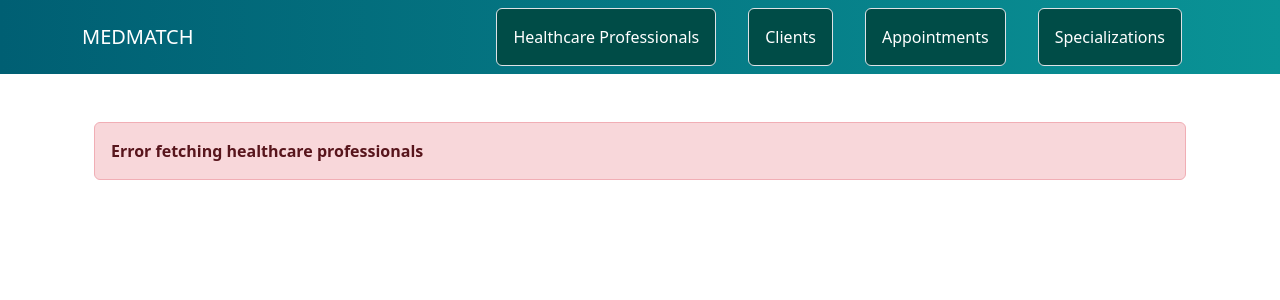
Repository: fahma20/medmatch-platform
Page: /healthcare-professionals (app in client/)
An editor plug-in stored every save of this project. The page is shown before and after the next save, followed by the edit.
The browser window is 1280 px wide. The pictures show the whole page.
The page's requests for data from a server got no answer. The project was rebuilt for these pictures with package versions that can differ from the ones it lists, and the page was loaded fresh each time. No one was signed in, and anything a server would have sent is missing. Also part of the build but not shown: client/src/components/Specializations.js, client/src/components/Appointments.js, client/src/components/Clients.js, client/src/components/Homepage.js.

Above is the page before, as saved 2025-02-02 16:10:19.

### client/public/index.html
<!DOCTYPE html>
<html lang="en">
  <head>
    <meta charset="utf-8" />
    <link rel="icon" href="%PUBLIC_URL%/favicon.ico" />
    <link rel="preconnect" href="https://fonts.gstatic.com" />
    <link
      href="https://fonts.googleapis.com/css2?family=Permanent+Marker&display=swap"
      rel="stylesheet"
    />
    <meta name="viewport" content="width=device-width, initial-scale=1" />
    <meta name="theme-color" content="#000000" />
    <meta
      name="description"
      content="Web site created using create-react-app"
    />
    <link rel="apple-touch-icon" href="%PUBLIC_URL%/logo192.png" />
    <!--
      manifest.json provides metadata used when your web app is installed on a
      user's mobile device or desktop. See https://developers.google.com/web/fundamentals/web-app-manifest/
    -->
    <link rel="manifest" href="%PUBLIC_URL%/manifest.json" />
    <!--
      Notice the use of %PUBLIC_URL% in the tags above.
      It will be replaced with the URL of the `public` folder during the build.
      Only files inside the `public` folder can be referenced from the HTML.

      Unlike "/favicon.ico" or "favicon.ico", "%PUBLIC_URL%/favicon.ico" will
      work correctly both with client-side routing and a non-root public URL.
      Learn how to configure a non-root public URL by running `npm run build`.
    -->
    <title>MedMatch</title>
  </head>
  <body>
    <noscript>You need to enable JavaScript to run this app.</noscript>
    <div id="root"></div>
    <!--
      This HTML file is a template.
      If you open it directly in the browser, you will see an empty page.

      You can add webfonts, meta tags, or analytics to this file.
      The build step will place the bundled scripts into the <body> tag.

      To begin the development, run `npm start` or `yarn start`.
      To create a production bundle, use `npm run build` or `yarn build`.
    -->
  </body>
</html>

### client/src/index.js
import React from "react";
import ReactDOM from "react-dom/client";
import App from './components/App';  // Correct path to the App component

const root = ReactDOM.createRoot(document.getElementById("root"));
root.render(
  <React.StrictMode>
    <App />
  </React.StrictMode>
);

### client/src/components/App.js
import React from 'react';
import { BrowserRouter as Router, Routes, Route } from 'react-router-dom';
import 'bootstrap/dist/css/bootstrap.min.css';

import HealthcareProfessionals from './Healthcareprofessionals'; // Ensure the correct name and casing
import Specializations from './Specializations';
import Appointments from './Appointments';
import Clients from './Clients';
import Navbar from './Navbar';
import HomePage from './Homepage'; // Corrected import to HomePage

const App = () => {
  return (
    <Router>
      <Navbar /> {/* Your Navbar component */}
      <div className="container mt-5">
        <Routes>
          {/* Add HomePage as the route for the root path */}
          <Route path="/" element={<HomePage />} /> {/* Home Page */}
          <Route path="/clients" element={<Clients />} />
          <Route path="/appointments" element={<Appointments />} />
          <Route path="/specializations" element={<Specializations />} />
          <Route path="/healthcare-professionals" element={<HealthcareProfessionals />} /> {/* Healthcare Professionals Page */}
        </Routes>
      </div>
    </Router>
  );
};

export default App;

### client/src/components/Healthcareprofessionals.js

// HealthcareProfessionals.js
import React, { useState, useEffect } from 'react';
import Switch from 'react-switch';
import { Button, Form, Card, ListGroup, Collapse, Spinner, Alert } from 'react-bootstrap';

const HealthcareProfessional = () => {
  const [professionals, setProfessionals] = useState([]);
  const [newProfessionalName, setNewProfessionalName] = useState('');
  const [loading, setLoading] = useState(true);
  const [error, setError] = useState(null);
  const [open, setOpen] = useState({});

  useEffect(() => {
    fetchHealthcareProfessionals();
  }, []);

  // Fetch healthcare professionals, including their specializations
  const fetchHealthcareProfessionals = async () => {
    try {
      const response = await fetch('http://127.0.0.1:5000/api/healthcare_professionals');
      const data = await response.json();
      setProfessionals(data);
      setLoading(false);
    } catch (error) {
      setError('Error fetching healthcare professionals');
      setLoading(false);
    }
  };

  // Add new healthcare professional
  const handleAddProfessional = async () => {
    const newProfessional = { name: newProfessionalName, status: 'Active' }; // New professionals will be active by default
    try {
      const response = await fetch('http://127.0.0.1:5000/api/healthcare_professionals', {
        method: 'POST',
        headers: { 'Content-Type': 'application/json' },
        body: JSON.stringify(newProfessional),
      });

      if (response.ok) {
        const data = await response.json();
        setProfessionals([...professionals, data]);
        setNewProfessionalName('');
      }
    } catch (error) {
      console.error('Error adding healthcare professional', error);
    }
  };

  // Toggle the status of a healthcare professional
  const handleToggleStatus = async (id, currentStatus) => {
    const updatedStatus = currentStatus === 'Active' ? 'Inactive' : 'Active'; // Toggle status
    // Update the local state immediately for better UX
    setProfessionals((prevProfessionals) =>
      prevProfessionals.map((professional) =>
        professional.id === id ? { ...professional, status: updatedStatus } : professional
      )
    );

    // Make API request to update the status on the server
    try {
      const response = await fetch(`http://127.0.0.1:5000/api/healthcare_professionals/${id}`, {
        method: 'PUT',
        headers: { 'Content-Type': 'application/json' },
        body: JSON.stringify({ status: updatedStatus }), // Send the updated status here
      });

      if (!response.ok) {
        // If the status update failed, revert the status in the UI back to its original state
        setProfessionals((prevProfessionals) =>
          prevProfessionals.map((professional) =>
            professional.id === id ? { ...professional, status: currentStatus } : professional
          )
        );
      }
    } catch (error) {
      console.error('Error toggling doctor status', error);
      // If there's an error, revert the status in the UI back to its original state
      setProfessionals((prevProfessionals) =>
        prevProfessionals.map((professional) =>
          professional.id === id ? { ...professional, status: currentStatus } : professional
        )
      );
    }
  };

  // Toggle the status of a specialization
  const handleToggleSpecializationStatus = async (professionalId, specializationId, currentStatus) => {
    const updatedStatus = currentStatus === 'Active' ? 'Inactive' : 'Active'; // Toggle specialization status
    // Update the local state immediately for better UX
    setProfessionals((prevProfessionals) =>
      prevProfessionals.map((professional) =>
        professional.id === professionalId
          ? {
              ...professional,
              specializations: professional.specializations.map((specialization) =>
                specialization.id === specializationId
                  ? { ...specialization, status: updatedStatus }
                  : specialization
              ),
            }
          : professional
      )
    );

    // Make API request to update the specialization status on the server
    try {
      const response = await fetch(`http://127.0.0.1:5000/api/specializations/${specializationId}`, {
        method: 'PUT',
        headers: { 'Content-Type': 'application/json' },
        body: JSON.stringify({ status: updatedStatus }), // Send the updated status here
      });

      if (!response.ok) {
        // If the status update failed, revert the status in the UI back to its original state
        setProfessionals((prevProfessionals) =>
          prevProfessionals.map((professional) =>
            professional.id === professionalId
              ? {
                  ...professional,
                  specializations: professional.specializations.map((specialization) =>
                    specialization.id === specializationId
                      ? { ...specialization, status: currentStatus }
                      : specialization
                  ),
                }
              : professional
          )
        );
      }
    } catch (error) {
      console.error('Error toggling specialization status', error);
      // If there's an error, revert the status in the UI back to its original state
      setProfessionals((prevProfessionals) =>
        prevProfessionals.map((professional) =>
          professional.id === professionalId
            ? {
                ...professional,
                specializations: professional.specializations.map((specialization) =>
                  specialization.id === specializationId
                    ? { ...specialization, status: currentStatus }
                    : specialization
                ),
              }
            : professional
        )
      );
    }
  };

  // Delete a healthcare professional
  const handleDeleteProfessional = async (id) => {
    try {
      const response = await fetch(`http://127.0.0.1:5000/api/healthcare_professionals/${id}`, {
        method: 'DELETE',
      });

      if (response.ok) {
        setProfessionals((prevProfessionals) =>
          prevProfessionals.filter((professional) => professional.id !== id)
        );
      }
    } catch (error) {
      console.error('Error deleting healthcare professional', error);
    }
  };

  if (loading) {
    return (
      <div className="container mt-5 text-center">
        <Spinner animation="border" variant="primary" />
        <p>Loading healthcare professionals...</p>
      </div>
    );
  }

  if (error) {
    return (
      <div className="container mt-5">
        <Alert variant="danger">
          <strong>{error}</strong>
        </Alert>
      </div>
    );
  }

  return (
    <div className="container mt-5">
      {/* Heading for the page */}
      <h2 className="mb-4 text-center text-dark font-weight-bold" style={{ fontSize: '2rem' }}>
        Healthcare Professionals
      </h2>

      {/* Add Healthcare Professional Form */}
      <Form>
        <Form.Group>
          <Form.Label>Healthcare Professional Name</Form.Label>
          <Form.Control
            type="text"
            value={newProfessionalName}
            onChange={(e) => setNewProfessionalName(e.target.value)}
            required
            style={{ fontSize: '1rem' }} // Readable font size
          />
        </Form.Group>

        <Button
          type="button"
          variant="success"
          onClick={handleAddProfessional}
          style={{
            width: '100%',
            backgroundColor: '#008080',
            borderColor: '#008080',
          }}
        >
          Add Healthcare Professional
        </Button>
      </Form>

      {/* Healthcare Professionals List */}
      <div className="mt-4">
        <h3 className="text-dark" style={{ fontSize: '1.5rem' }}>List of Healthcare Professionals</h3>
        {professionals.length === 0 ? (
          <p>No healthcare professionals available.</p>
        ) : (
          professionals.map((professional) => (
            <Card key={professional.id} className="mb-3 shadow-sm" style={{ backgroundColor: '#f7f7f7' }}>
              <Card.Body>
                <div className="d-flex justify-content-between align-items-center">
                  <h5 className="card-title" style={{ color: '#333' }}>{professional.name}</h5>
                  <Button
                    variant="success" // Change to teal for consistent theme
                    onClick={() => handleDeleteProfessional(professional.id)}
                    style={{
                      backgroundColor: '#008080',
                      borderColor: '#008080',
                    }}
                  >
                    Delete
                  </Button>
                </div>

                {/* Toggle Professional Status */}
                <div className="d-flex align-items-center mt-3">
                  <label className="mr-2" style={{ marginRight: '8px' }}>Status:</label> {/* Space between status and toggle */}
                  <Switch
                    checked={professional.status === 'Active'}
                    onChange={() => handleToggleStatus(professional.id, professional.status)}
                    offColor="#d9534f"
                    onColor="#008080" // Teal for active
                    checkedIcon={false}
                    uncheckedIcon={false}
                    height={20}
                    width={48}
                  />
                </div>

                {/* Specializations Toggle Button */}
                <Button
                  variant="link"
                  className="mt-3"
                  onClick={() => setOpen((prevState) => ({ ...prevState, [professional.id]: !prevState[professional.id] }))}
                  style={{ color: '#008080' }}
                >
                  {open[professional.id] ? 'Hide Specializations' : 'Show Specializations'}
                </Button>

                <Collapse in={open[professional.id]}>
                  <ListGroup className="mt-3">
                    {professional.specializations && professional.specializations.length > 0 ? (
                      professional.specializations.map((specialization) => (
                        <ListGroup.Item key={specialization.id}>
                          {specialization.specialization_name}
                          <span className={`badge ml-2 ${specialization.status === 'Active' ? 'badge-success' : 'badge-secondary'}`}>
                            {specialization.status}
                          </span>
                          {/* Toggle Specialization Status */}
                          <Switch
                            checked={specialization.status === 'Active'}
                            onChange={() => handleToggleSpecializationStatus(professional.id, specialization.id, specialization.status)}
                            offColor="#d9534f"
                            onColor="#008080" // Teal for active
                            checkedIcon={false}
                            uncheckedIcon={false}
                            height={20}
                            width={48}
                          />
                        </ListGroup.Item>
                      ))
                    ) : (
                      <ListGroup.Item>No Specializations</ListGroup.Item>
                    )}
                  </ListGroup>
                </Collapse>
              </Card.Body>
            </Card>
          ))
        )}
      </div>
    </div>
  );
};

export default HealthcareProfessional;

### client/src/components/Navbar.js
// Navbar.js
import React from 'react';
import { Link } from 'react-router-dom';

const Navbar = () => {
  return (
    <nav className="navbar navbar-expand-lg navbar-light" style={{ background: 'linear-gradient(to right, #005f73, #0a9396)' }}>
      <div className="container">
        <Link className="navbar-brand text-white font-weight-bold" to="/">MEDMATCH</Link>
        <button
          className="navbar-toggler"
          type="button"
          data-bs-toggle="collapse"
          data-bs-target="#navbarNav"
          aria-controls="navbarNav"
          aria-expanded="false"
          aria-label="Toggle navigation"
        >
          <span className="navbar-toggler-icon"></span>
        </button>
        <div className="collapse navbar-collapse" id="navbarNav">
          <ul className="navbar-nav ms-auto">
            <li className="nav-item mx-3">
              <Link className="nav-link text-white p-3 border rounded" style={{ backgroundColor: '#004c47', borderColor: '#003f3b' }} to="/healthcare-professionals">
                Healthcare Professionals
              </Link>
            </li>
            <li className="nav-item mx-3">
              <Link className="nav-link text-white p-3 border rounded" style={{ backgroundColor: '#004c47', borderColor: '#003f3b' }} to="/clients">
                Clients
              </Link>
            </li>
            <li className="nav-item mx-3">
              <Link className="nav-link text-white p-3 border rounded" style={{ backgroundColor: '#004c47', borderColor: '#003f3b' }} to="/appointments">
                Appointments
              </Link>
            </li>
            <li className="nav-item mx-3">
              <Link className="nav-link text-white p-3 border rounded" style={{ backgroundColor: '#004c47', borderColor: '#003f3b' }} to="/specializations">
                Specializations
              </Link>
            </li>
          </ul>
        </div>
      </div>
    </nav>
  );
};

export default Navbar;

After the next save:
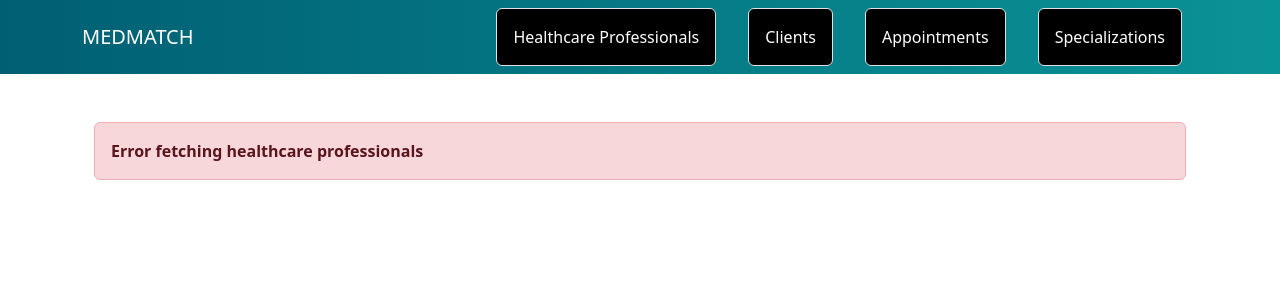
Saved 68 s later.
--- a/client/src/components/Navbar.js
+++ b/client/src/components/Navbar.js
@@ -21,22 +21,54 @@ const Navbar = () => {
         <div className="collapse navbar-collapse" id="navbarNav">
           <ul className="navbar-nav ms-auto">
             <li className="nav-item mx-3">
-              <Link className="nav-link text-white p-3 border rounded" style={{ backgroundColor: '#004c47', borderColor: '#003f3b' }} to="/healthcare-professionals">
+              <Link
+                className="nav-link text-white p-3 border rounded"
+                style={{
+                  backgroundColor: '#000000', // Black background
+                  borderColor: '#333', // Dark border color
+                  borderRadius: '20px', // Smooth corners
+                  transition: 'background-color 0.3s ease' // Smooth transition on hover
+                }}
+                to="/healthcare-professionals">
                 Healthcare Professionals
               </Link>
             </li>
             <li className="nav-item mx-3">
-              <Link className="nav-link text-white p-3 border rounded" style={{ backgroundColor: '#004c47', borderColor: '#003f3b' }} to="/clients">
+              <Link
+                className="nav-link text-white p-3 border rounded"
+                style={{
+                  backgroundColor: '#000000', // Black background
+                  borderColor: '#333', // Dark border color
+                  borderRadius: '20px', // Smooth corners
+                  transition: 'background-color 0.3s ease' // Smooth transition on hover
+                }}
+                to="/clients">
                 Clients
               </Link>
             </li>
             <li className="nav-item mx-3">
-              <Link className="nav-link text-white p-3 border rounded" style={{ backgroundColor: '#004c47', borderColor: '#003f3b' }} to="/appointments">
+              <Link
+                className="nav-link text-white p-3 border rounded"
+                style={{
+                  backgroundColor: '#000000', // Black background
+                  borderColor: '#333', // Dark border color
+                  borderRadius: '20px', // Smooth corners
+                  transition: 'background-color 0.3s ease' // Smooth transition on hover
+                }}
+                to="/appointments">
                 Appointments
               </Link>
             </li>
             <li className="nav-item mx-3">
-              <Link className="nav-link text-white p-3 border rounded" style={{ backgroundColor: '#004c47', borderColor: '#003f3b' }} to="/specializations">
+              <Link
+                className="nav-link text-white p-3 border rounded"
+                style={{
+                  backgroundColor: '#000000', // Black background
+                  borderColor: '#333', // Dark border color
+                  borderRadius: '20px', // Smooth corners
+                  transition: 'background-color 0.3s ease' // Smooth transition on hover
+                }}
+                to="/specializations">
                 Specializations
               </Link>
             </li>
